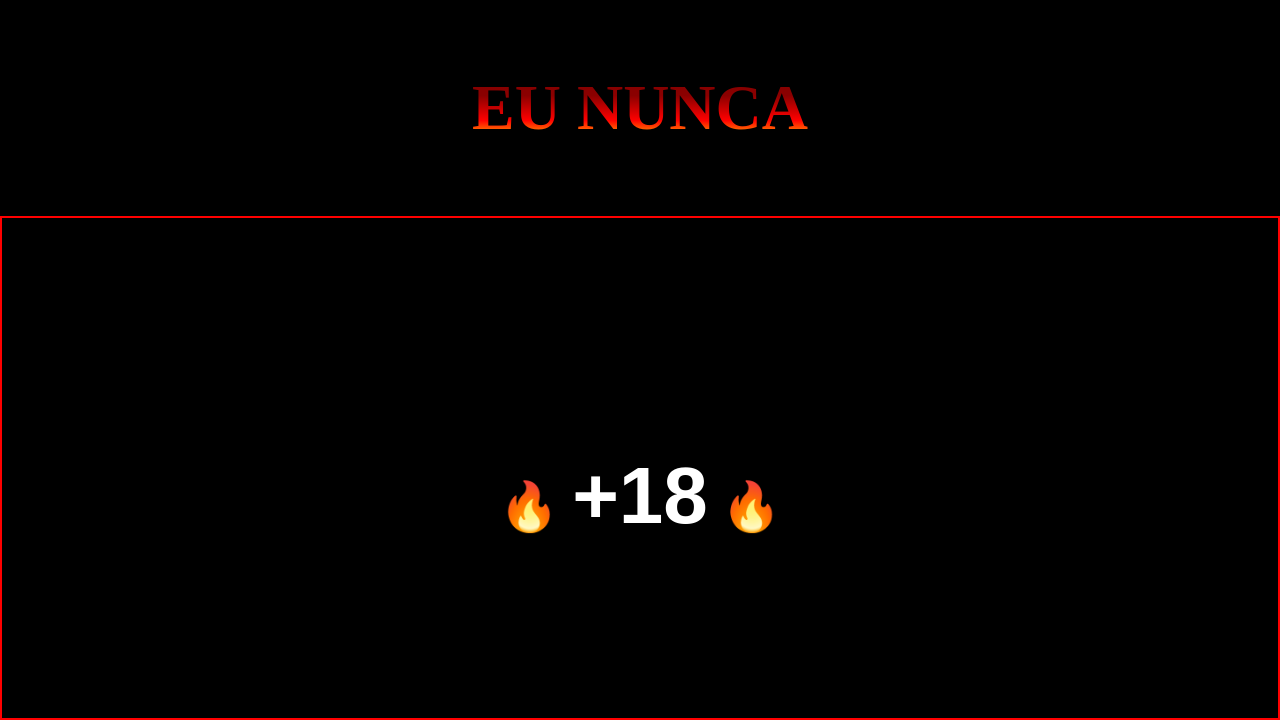
Repository: odiloalmeida/inever
Page: index.html
These files come from the project's save history. The page is drawn as it stood at one moment and after the next save; the edit follows.
The browser window is 1280 px wide. The pictures show the whole page.

Above is the page before, as saved 2023-01-31 22:30:51.

### index.html
<!DOCTYPE html>
<html lang="en">
<head>
    <meta charset="UTF-8">
    <meta http-equiv="X-UA-Compatible" content="IE=edge">
    <meta name="viewport" content="width=device-width, initial-scale=1.0">
    <link rel="icon" type="image/svg+xml" href="https://cdn-icons-png.flaticon.com/512/5181/5181956.png" />
    <link rel="stylesheet" href="./style.css">
    <title>18+ I Never</title>

</head>

<body>
    <div>
        <h1>EU NUNCA</h1>
    </div>
    <button id="myButton" onclick="changeButtonName()">
        <br>
        <span3>&#128293</span3>
        <span2>+18</span2>
        <span3>&#128293</span3>
    </button>
</body>

<script>

    function changeButtonName() {
        var button = document.getElementById("myButton");

        var names = ["Beijei alguém dessa turma",
        "Senti atração por alguém dessa turma",
        "Tomei banho pelado na praia/piscina",
        "Fiquei com um professor",
        "Fiquei com um amigo e me arrependi",
        "Fiquei com um amigo e não disse pra ninguém",
        "Menti sobre ter ficado com uma pessoa",
        "Bebi tanto que beijei alguém que não queria",
        "Bebi tanto que esqueci tudo no outro dia",
        "Vi um nudes de alguém dessa turma",
        "Desejei o namorado(a) de um amigo",
        "Fiquei com alguém por interesse",
        "Acelerei o ato sexual por que o oral estava ruim",
        "Bebi pra ter coragem de chegar numa pessoa",
        "Transei na escola ou faculdade",
        "Transei no chão",
        "Fiz sexo oral enquanto a pessoa trabalhava",
        "Fiz sexo oral enquanto a pessoa dirigia",
        "Usei fantasias sexuais",
        "Usei plug anal",
        "Usei um vibrador",
        "Fiquei com alguém depois neguei pra todo mundo",
        "Disse pra uma pessoa que a amava sem amar",
        "Transei no carro",
        "Broxei no meio do ato sexual",
        "Desisti de ficar com uma pessoa por que ela estava fedendo",
        "Fui chupar e estava fedendo muito e desisti",
        "Me masturbei depois do ato sexual por que não conseguir “chegar lá” com o parceiro",
        "Fiquei com dois amigos ao mesmo tempo sem eles saberem",
        "Parei o ato sexual para ir fazer xixi",
        "Fiz a chuca",
        "Transei na rua",
        "Paguei por sexo",
        "Fiz sexo por dinheiro",
        "Dei um beijo triplo",
        "Voltaria com um ex",
        "Fiquei com uma pessoa em um lugar e logo em seguida fui para outro lugar ficar com outra",
        "Tirei fotos pelado(a)",
        "Fiquei com alguém para fazer ciúme a outro",
        "Sofri por amor",
        "Sofri por ficante",
        "Espiei alguém tomando banho",
        "Tomei banho com alguém",
        "Enfiei o dedo no orifício de alguém (kkkk)",
        "Eu nunca fiquei com um amigo do meu amigo eme arrependi",
        "Eu nunca tive uma DST",
        "Eu já desejei a mãe de um amigo",
        "Eu já desejei o pai de um amigo",
        "Já beixei alguém do mesmo sexo",
        "Já deixei chuparem minha porta dos fundos",
        "Já questionei a minha sexualidade",
        "Já fiz goldenshower",
        "Já desisti do sexo quando vi o tamanho do instrumento",
        "Fumei um",
        "Cheirei cocaina",
        "Usei LSD",
        "Passei comida no parceiro",
        "Troquei o nome da pessoa na hora H",
        "Fiquei com uma pensando em outra",
        "Fatei aula pra ficar com alguém",
        "Menti nesse jogo",
        "Disse que estava doente para nao transar",
        "Fiquei com professor",
        "Fiquei com alguém por gratidão",
        "Tive tara em mãos",
        "Tive tara em pés",
        "Tive tara em ruivas",
        "Fui amordaçado",
        "Fui algemado",
        "Fui chicoteado",
        "Bati de mais em alguém na hora H e fiquei com medo",
        "Vomitei na hora H",
        "Fiz sexo na praia",
        "Fiz sexo na moto",
        "Fiz sexo na bicicleta",
        "Chupei outro por tabela",
        "Fiz oral em um e depois beijei a boca de outro",
        "Transei com 2 ao mesmo tempo",
        "Transei com mais de 3 ao mesmo tempo",
        "Ja fiquei com duas pessoas do mesmo sexo, ao mesmo tempo",
        "Cherei loló",
        "Fumei cigarro",
        "Tive como alcoólico",
        "Tive amnésia alcoólica",
        "Dormi bebado no chão",
        "Mijei em mim, estando bebado",
        "Vomitei em mim, estando bebado",
        "Beijei alguém que eu odiava",
        "Fiquei com um Ex antigo e me arrependi (Foi horrível)",
        "Tive flashback com mais de um EX",
        "Tive um PA",
        "Fiquei com um(a) PM",
        "Subi numa mesa bebado",
        "Fiquei com alguém da boca podre",
        "Já caguei o pau (literalmente)",
        "Já cai de bicicleta",
        "Quebrei um osso (Beba uma dose por osso)",
        "Já talariquei mulher de amigo (Uma dose por mulher)",
        "Já talariquei marido de amiga (Uma dose por homem)",
        "Já beijei um mendigo",
        "Já fiz dentro do mar",
        "Ja fiz dentro do tanque",
        "Pedi alguém em casamento",
        "Já me juntei com conjugue",
        "Já fui CORNO(A)",
        "Atirei com arma de fogo",
        "Dê uma pausa de 15min, para não embriagar",
        "Durei menos de 2 min no sexo",
        "Fiz gosar em menos de 2min",
        "Pensei em me prostituir",
        "Tomei remédio TARJA PRETA",
        "Quando de maior, senti atração por 15-",
        "Dormi sujo",
        "Passei o dia sem tomar banho",
        "Passei dois dias sem tomar banho",
        "Passei mais de 36h acordado",
        "Levei pão de manhã para casa, após o rolê",
        "Bebi mais de 2L em uma noite",
        "Desejei minha cunhada",
        "Transei com alguém na escada",
        "Já botei atrás  depois na frente",
        "Cai da arvore",
        "Me feri gravemente",
        "Imaginei alguém dessa turma pelado",
        "Usei camisinha com sabores",
        "Limbei a bunda e olhei o papel higienico",
        "Transei no cinema",
        "Flertei com o garçom",
        "Beijei um primo(a)",
        "Transei com um primo(a)",
        "Sonhei que estava pelado em público",
        "Transei na chuva",
        "Dormir de conchinha na chuva",
        "Fiz punheta / siririca coletiva",
        "Me masturbei pensando em alguém da roda",
        "Vi nude de alguém da roda",
        "Enviei nude errado",
        "Peguei alguém no elevador",
        "Falei que o sexo foi bom, quando na verdade foi uma merda",
        "Gosei dentro com camisinha",
        "Conversando com o penis do meu namorado",
        "Fiz espanhola",
        "Transei com alguém que participou desse jogo agora",
        "Transei com um médico",
        "Transei com um entregador",
        "Transei com enfermeiro(a)",
        "Transei com Advogado(a)",
        "Transei com Fisioterapeuta",
        "Transei com agente de saúde",
        "Transei com personal trainer",
        "Fiz sexo rapido para dormir logo",
        "Transei numa contrução",
        "Transei numa casa abandonada",
        "Transei na rede",
        "Transei na cadeira",
        "Transei no sofá",
        "Transei em local público",
        "Tive sonhos eróticos com alguém dessa roda",
        "Fui em um motel e não transei",
        "Criei passarinho",
        "Chupei alguém com algum amigo vendo",
        "Fui voyeur",
        "Transei num posto de saúde",
        "Transei no quintal de casa",
        "Transei no telhado",
        "Terminei com uma pessoa por mensagem",
        "Terminaram comigo por mensagem",
        "Fiz Topless na praia",
        "Usei gelo na cama",
        "Usei halls na cama",
        "Sai sem calcinha para provocar alguém",
        "Malhei sem calcinha",
        "Fingi prazer",
        "Fingi simpatia para conquistar uma pessoa",
        "Fiz cosplay de rico",
        "Banquei a coitadinha para ganhar algo em troca",
        "Sai sem pagar a conta",
        "Levei o copo de um bar",
        "Caguei num banheiro quimico",
        "Dirigi bebado",
        "Ouvi alguém transando",
        "Fui pego me masturbando",
        "Fui pego na hora H pelos meus familiares ou amigos",
        "Transei assistindo porno",
        "Tive ressaca moral",
        "Chorei enquanto transava",
        "Pedi parar porque estava doendo",
        "Enforqueia até quase desmaiar",
        "Transei em uma banheira",
        "Beijei a pessoa querendo a do lado",
        "Beijei um feio(a)",
        "Beijei um(a) 10/10",
        "Nunca chupei dois ao mesmo tempo",
        "Matei aula para fumar um",
        "Matei aula para transar",
        "Quebrei uma cama enquanto transava",
        "Cai da cama enquanto transava",
        "Fiquei orgulhoso do meu desempenho",
        "Fiquei triste com meu desempenho",
        "Tentaram arrancar minh lingua",
        "Já beijei um desesperado, que quase me engole",
        "Bebi do copo de um estranho e tinha droga"




        ];

        var randomName = names[Math.floor(Math.random() * names.length)];
        button.innerHTML = randomName;
    }

</script>

</html>

### style.css
* {
    padding: 0;
    margin: 0;
    box-sizing: border-box;
}

body {
    width: 100vw;
    height: 100vh;
    background-color: #000;
    display: flex;
    flex-direction: column;
    align-items: center;
    justify-content: center;
}

div {
    width: 100%;
    height: 30vh;
    display: flex;
    align-items: center;
    justify-content: center;
}

h1 {
    background-image: linear-gradient(to bottom,#800000,#8B0000, red, yellow);
    background-clip: text;
    -webkit-background-clip: text;
    -webkit-text-fill-color: transparent;
    color: black;
    font-size: 4rem;
    font-weight: 900;
}

button {
    background-color: transparent;
    height: 70vh;
    width: 100vw;
    border: red 2px solid;
    font-weight: bold;
    font-size: 3rem;
    padding: 5px;
    color: #f1f1f1;
}

button span2 {
    color: #fff;
    font-size: 5rem;
}

After the next save:
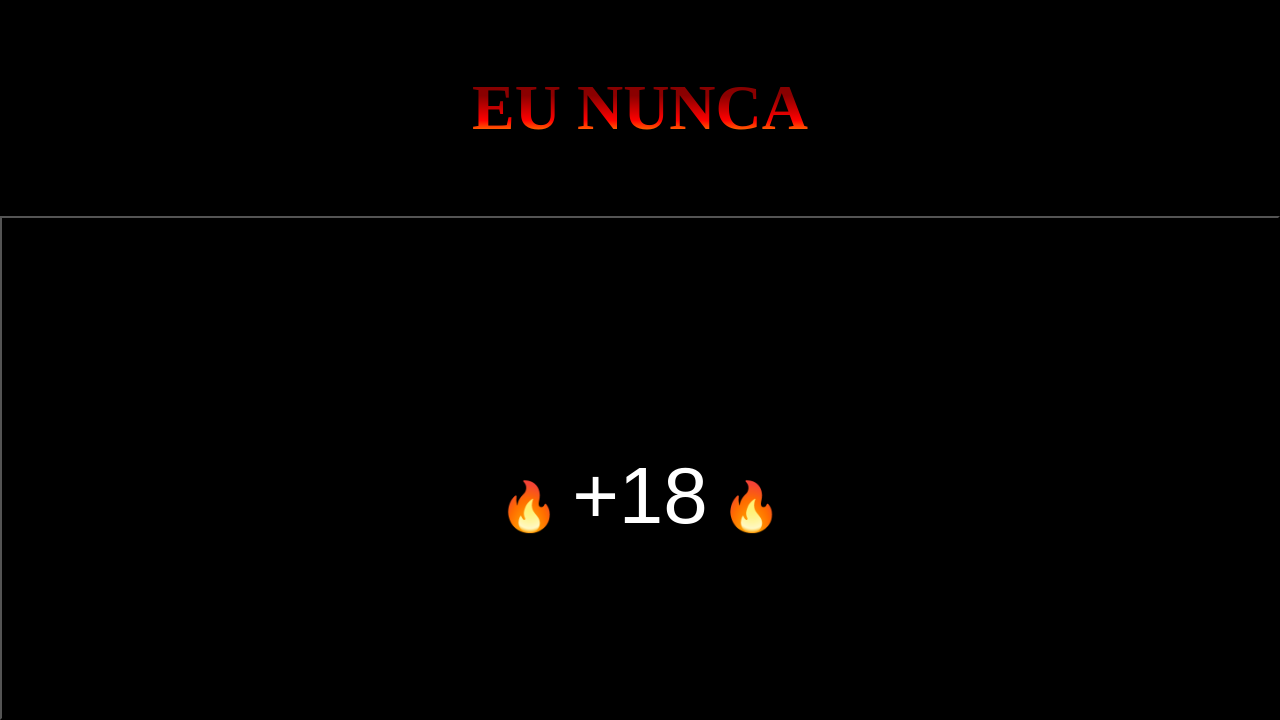
Saved 15 s later.
--- a/style.css
+++ b/style.css
@@ -36,7 +36,7 @@ button {
     background-color: transparent;
     height: 70vh;
     width: 100vw;
-    border: red 2px solid;
+    border: none
     font-weight: bold;
     font-size: 3rem;
     padding: 5px;
